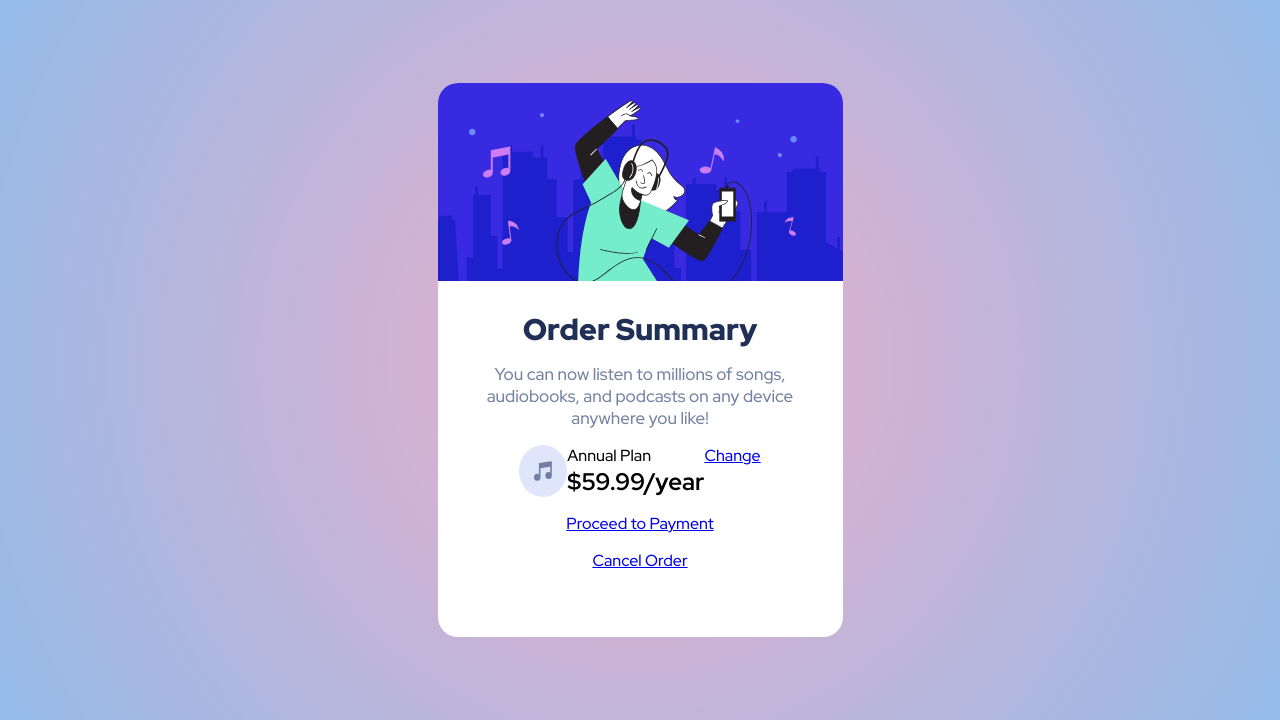
Repository: KamoliddinGIT/order-summary-card
Page: index.html
These files come from the project's save history. The page is drawn as it stood at one moment and after the next save; the edit follows.
The browser window is 1280 px wide. The pictures show the whole page.

Above is the page before, as saved 2023-09-13 10:53:47.

### index.html
<!DOCTYPE html>
<html lang="en">
  <head>
    <meta charset="UTF-8" />
    <meta name="viewport" content="width=device-width, initial-scale=1.0" />
    <link
      rel="icon"
      type="image/png"
      sizes="32x32"
      href="./images/favicon-32x32.png"
    />
    <link
      href="https://fonts.googleapis.com/css2?family=Red+Hat+Display:wght@500;700;900&display=swap"
      rel="stylesheet"
    />
    <link rel="stylesheet" href="./css/style.css" />
    <title>Order summary card</title>
  </head>
  <body>
    <div class="container">
      <img
        class="illustration"
        src="./images/illustration-hero.svg"
        alt="img"
      />
      <div class="items">
        <h1>Order Summary</h1>
        <p>
          You can now listen to millions of songs, audiobooks, and podcasts on
          any device anywhere you like!
        </p>
        <div class="item__payment">
          <img src="./images/icon-music.svg" alt="music" />
          <div>
            <span>Annual Plan </span>
            <h2>$59.99/year</h2>
          </div>
          <a href="#">Change</a>
        </div>
        <a href="#">Proceed to Payment</a>
        <a href="#">Cancel Order</a>
      </div>
    </div>
  </body>
</html>

### css/style.css
* {
  margin: 0;
  padding: 0;
  box-sizing: border-box;
}

body {
  width: 100%;
  height: 100vh;
  display: flex;
  justify-content: center;
  align-items: center;
  background: rgb(238, 174, 202);
  background: radial-gradient(
    circle,
    rgba(238, 174, 202, 1) 0%,
    rgba(148, 187, 233, 1) 100%
  );
  font-family: "Red Hat Display", sans-serif;
}

.container {
  display: flex;
  flex-direction: column;
  align-items: center;
  width: 405px;
  height: 554px;
  border-radius: 20px;
  background: #fff;
}

.illustration {
  width: 100%;
  border-radius: 20px 20px 0 0;
}

.items {
  width: 100%;
  display: flex;
  gap: 1rem;
  flex-direction: column;
  align-items: center;
  padding: 30px;
}

.items h1 {
  font-size: 1.875rem;
  line-height: 2.25rem;
  font-weight: 900;
  color: #1f2f56;
}

.items p {
  text-align: center;
  color: #7280a2;
  font-size: 17px;
}

.item__payment {
  display: flex;
}

After the next save:
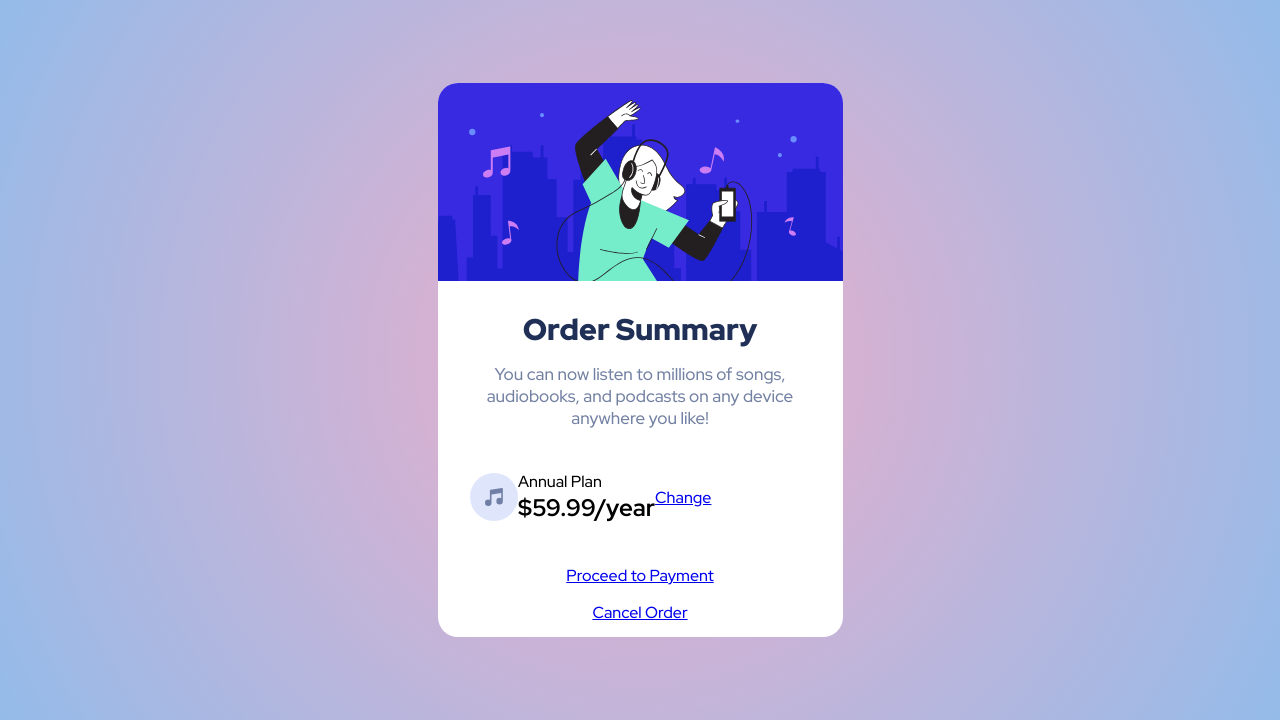
Saved 50 s later.
--- a/css/style.css
+++ b/css/style.css
@@ -57,5 +57,8 @@
 }
 
 .item__payment {
+  width: 340px;
+  height: 104px;
+  align-items: center;
   display: flex;
 }
